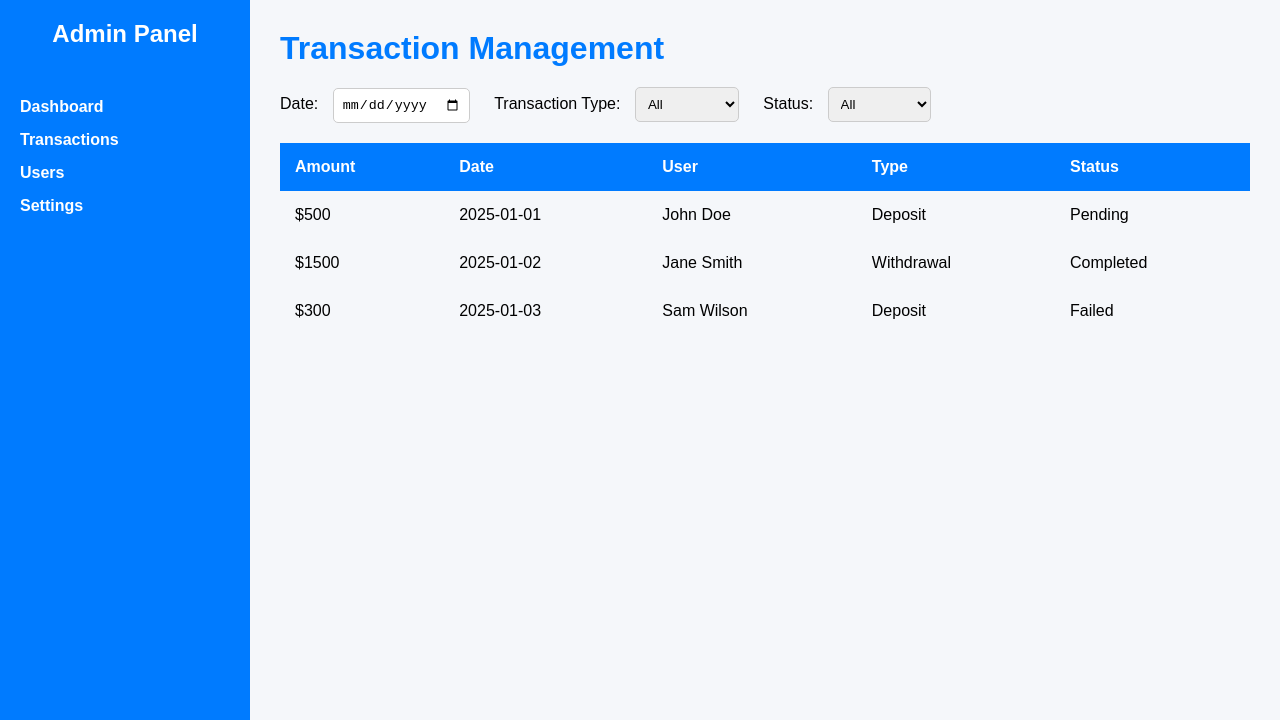
Repository: 2025silverx/slivedrX
Page: index2.html
An editor plug-in stored every save of this project. The page is shown before and after the next save, followed by the edit.
The browser window is 1280 px wide. The pictures show the whole page.

Above is the page before, as saved 2025-01-05 00:52:43.

After the next save:
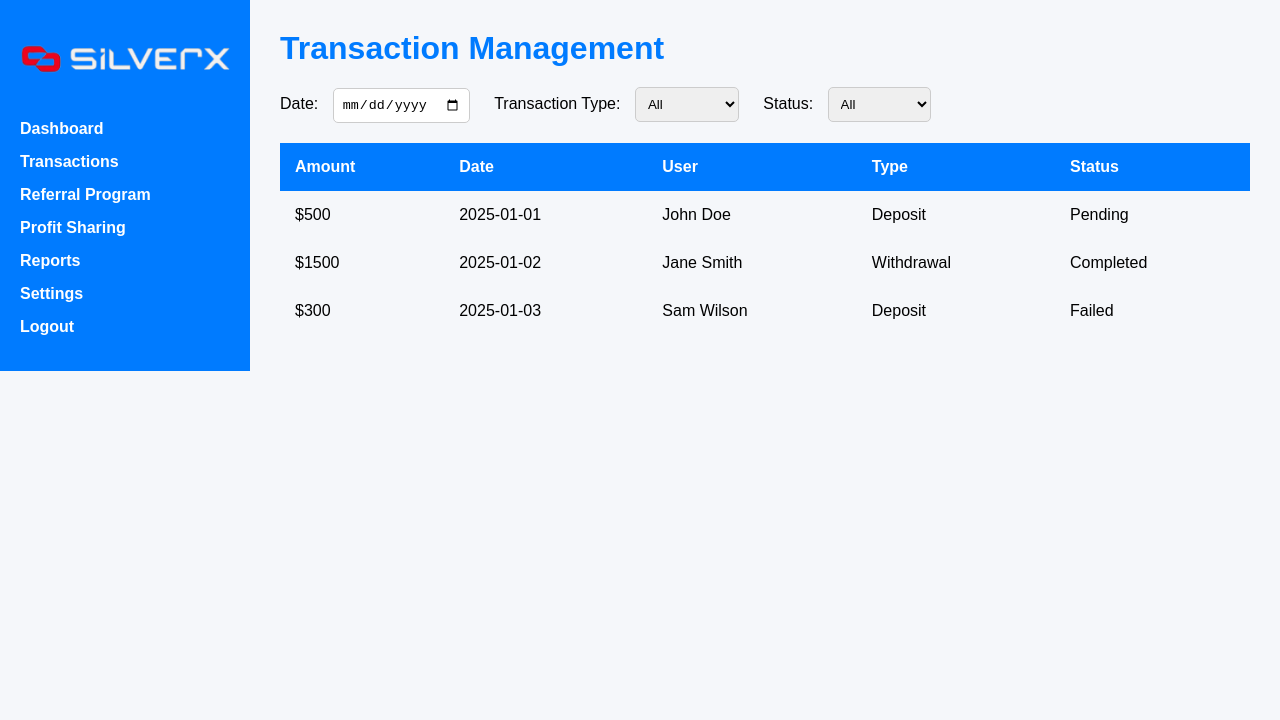
Saved 25 s later.
--- a/index2.html
+++ b/index2.html
@@ -7,16 +7,20 @@
     <link rel="stylesheet" href="style2.css">
 </head>
 <body>
-    <div class="sidebar">
-        <h2>Admin Panel</h2>
-        <ul class="sidebar-links">
-            <li><a href="#">Dashboard</a></li>
-            <li><a href="#">Transactions</a></li>
-            <li><a href="#">Users</a></li>
-            <li><a href="#">Settings</a></li>
-        </ul>
+    <div id="sidebar-container">
+        <div class="sidebar">
+            <img src="images/logo.png" alt="Sidebar Logo" class="sidebar-logo">
+            <ul class="sidebar-links">
+                <li><a href="index.html" class="sidebar-link" data-target="dashboard">Dashboard</a></li>
+                <li><a href="index2.html" class="sidebar-link" data-target="transactions">Transactions</a></li>
+                <li><a href="indesx3.html" class="sidebar-link" data-target="reports">Referral Program</a></li>
+                <li><a href="index4.html" class="sidebar-link" data-target="users">Profit Sharing</a></li>
+                <li><a href="index5.html" class="sidebar-link" data-target="reports">Reports</a></li>
+                <li><a href="setting.html" class="sidebar-link" data-target="settings">Settings</a></li>
+                <li><a href="index5.html" class="sidebar-link" data-target="logout">Logout</a></li>
+            </ul>
+        </div>
     </div>
-
     <div class="main-content">
         <h1>Transaction Management</h1>
         <div class="filters">
